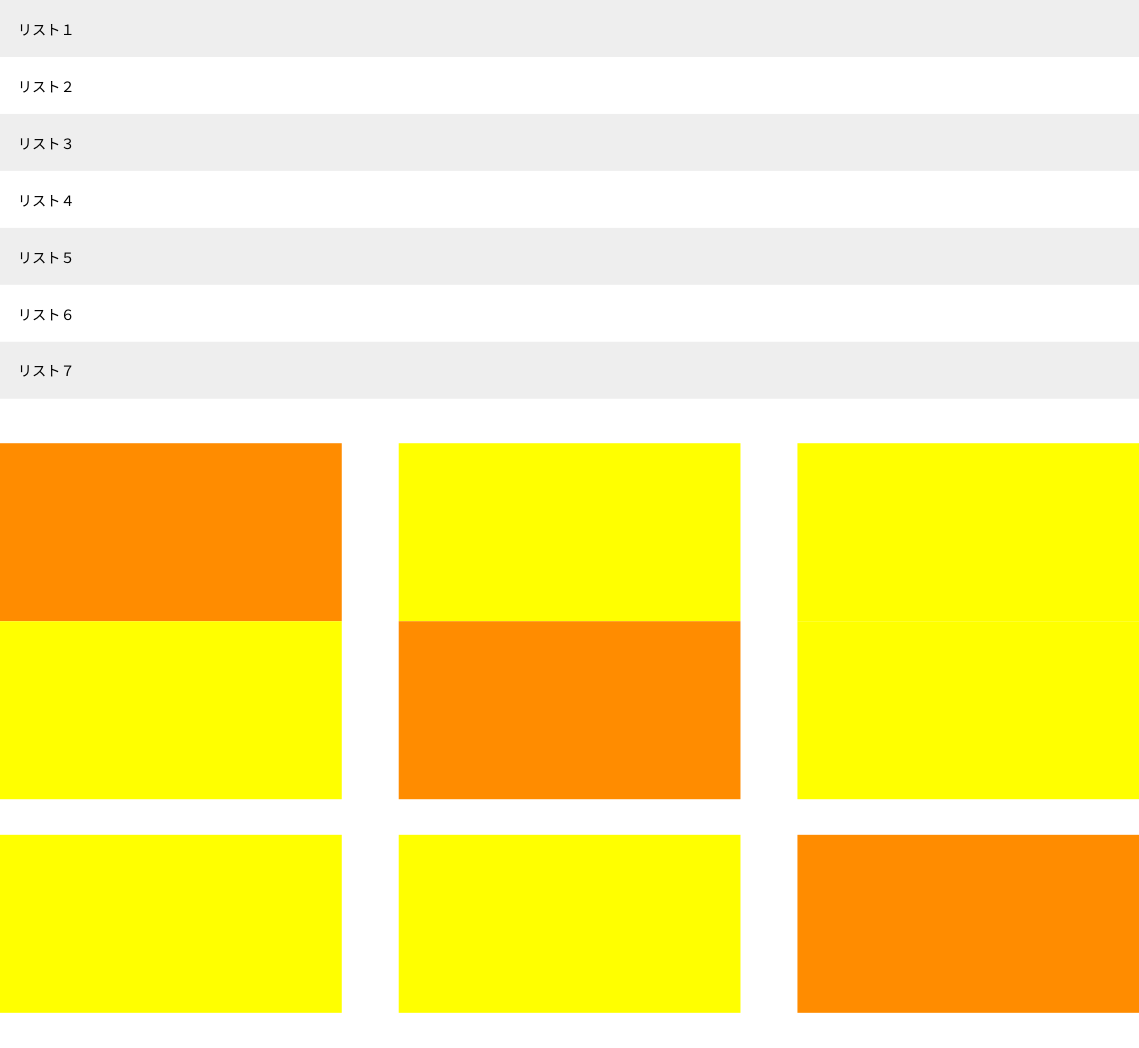
Repository: nosuyuki1002/git-practice2
Page: chapter8/8.html
The author's editor kept a record of every edit. The page is drawn from the files as they stood at one moment, then again after the next edit.
The browser window is 1280 px wide. The pictures show the whole page, at 89% of full size.

Above is the page before.

After the next edit:
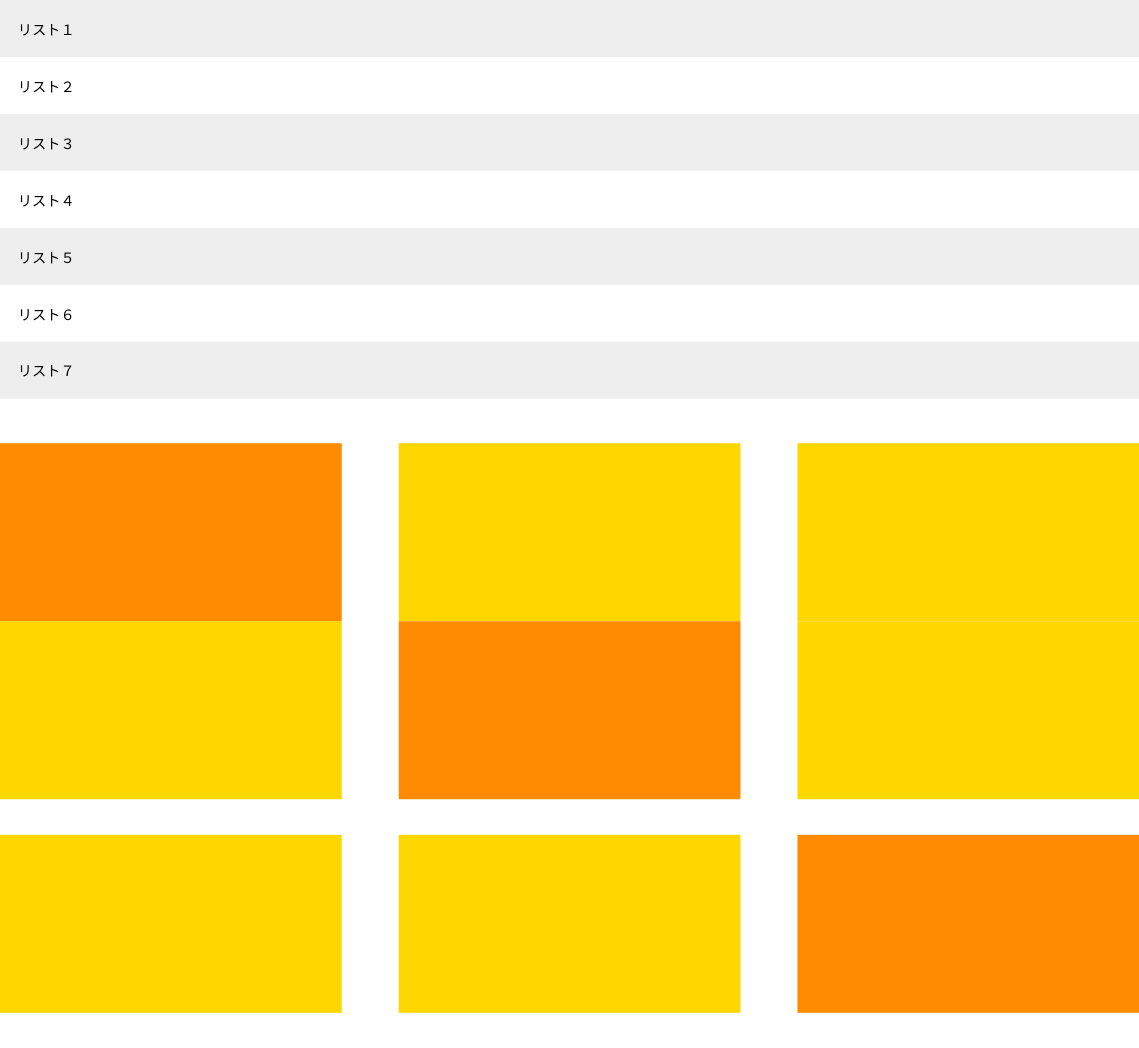
The edit:
--- a/chapter8/style.css
+++ b/chapter8/style.css
@@ -30,7 +30,7 @@
 .box {
   height: 200px;
   width: 30%;
-  background-color: yellow;
+  background-color: #ffd700;
   margin-right: 5%;
   margin-bottom: 40px;
 }
